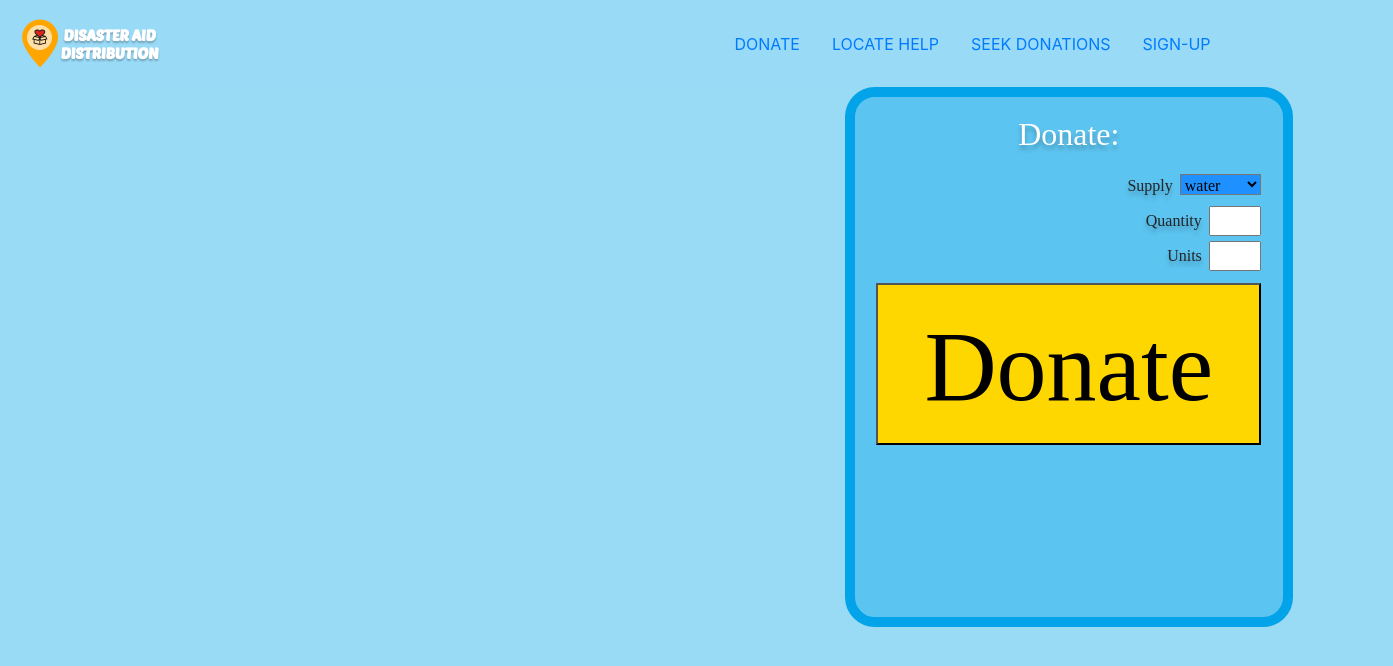
Repository: uprm-inso-4115-2019-2020-S2/semester-project-inso4115-DisasterAid-backend
Page: /donate-modal (app in disaster-aid/)
An editor plug-in stored every save of this project. The page is shown before and after the next save, followed by the edit.
The browser window is 1280 px wide. The page is 1293 px wide, then 1393 px, then 1293 px, so the pictures cover 1393 px, including what lies to the right of the window. The pictures show the whole page.
The project was rebuilt for these pictures with package versions that can differ from the ones it lists, and the page was loaded fresh each time. Also part of the build but not shown: disaster-aid/angular.json, disaster-aid/src/app/login/login.component.ts, disaster-aid/src/app/register/register.component.ts, disaster-aid/src/app/home/home.component.ts, disaster-aid/src/app/landing-page/landing-page.component.ts, disaster-aid/src/app/donations/donations.component.ts, disaster-aid/src/app/donations.service.ts.

Above is the page before, as saved 2020-05-09 02:00:09.

After the next save:
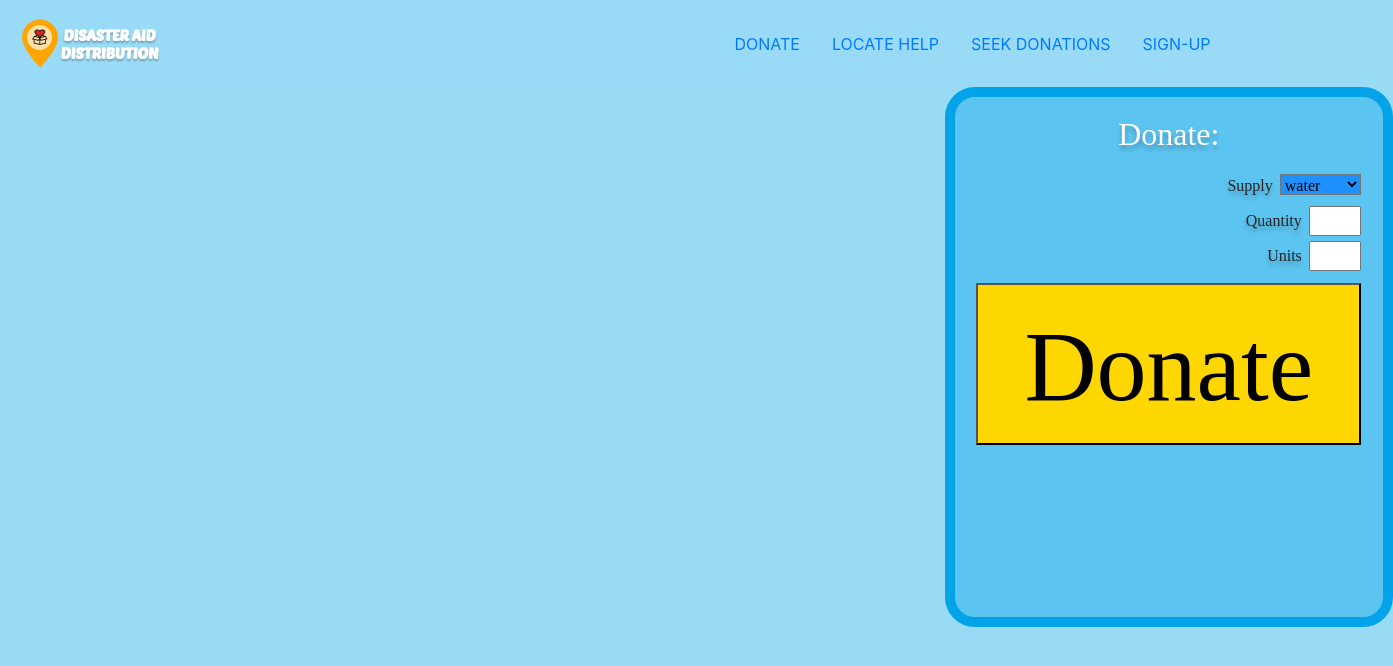
Saved 11 s later.
--- a/disaster-aid/src/app/donate-modal/donate-modal.component.css
+++ b/disaster-aid/src/app/donate-modal/donate-modal.component.css
@@ -5,7 +5,7 @@
     left: 66%;
     /* right: 10%;
     top: 10%; */
-    margin-right: 100px;
+    margin-left: 100px;
     background: rgba(2, 163, 232, 0.4);
     border: 10px solid #02A3E8;
     border-radius: 30px;

After the save that followed:
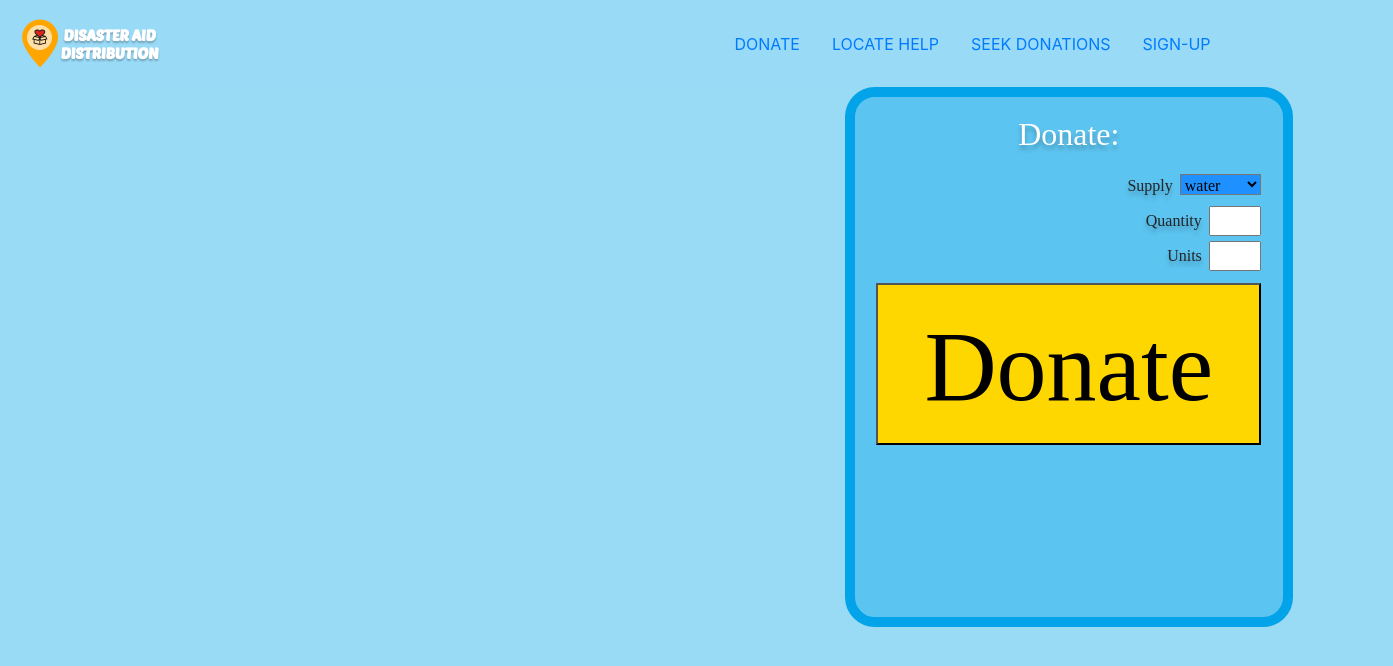
Saved 23 s later.
--- a/disaster-aid/src/app/donate-modal/donate-modal.component.css
+++ b/disaster-aid/src/app/donate-modal/donate-modal.component.css
@@ -5,7 +5,7 @@
     left: 66%;
     /* right: 10%;
     top: 10%; */
-    margin-left: 100px;
+    margin-right: 20%;
     background: rgba(2, 163, 232, 0.4);
     border: 10px solid #02A3E8;
     border-radius: 30px;
